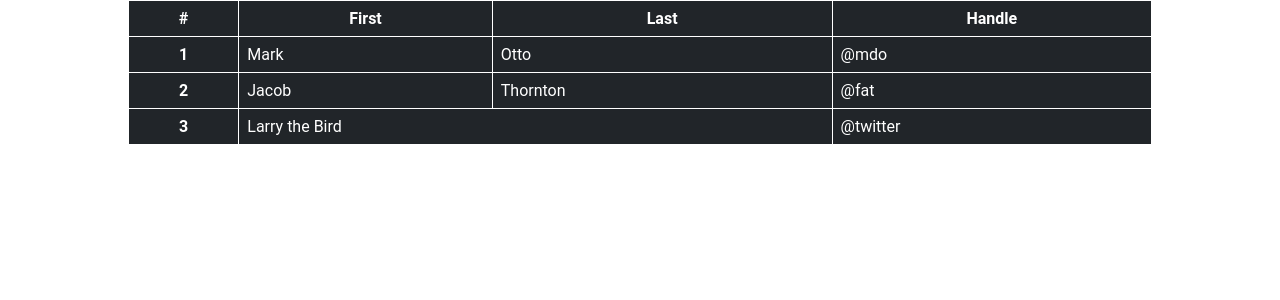
Repository: ThuatDev/BTVN_FE_JUNE
Page: index.html
These files come from the project's save history. The page is drawn as it stood at one moment and after the next save; the edit follows.
The browser window is 1280 px wide. The pictures show the whole page.

Above is the page before, as saved 2023-08-02 15:25:26.

After the next save:
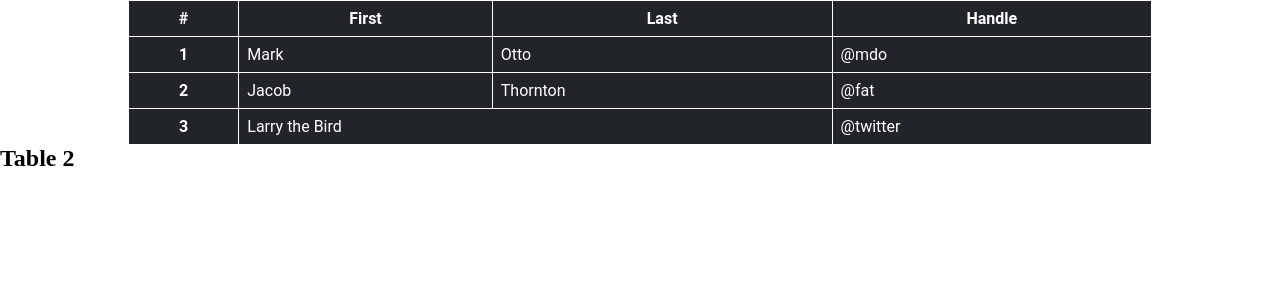
Saved 87 s later.
--- a/index.html
+++ b/index.html
@@ -97,5 +97,6 @@
         </tbody>
       </table>
     </div>
+    <h2>Table 2</h2>
   </body>
 </html>
